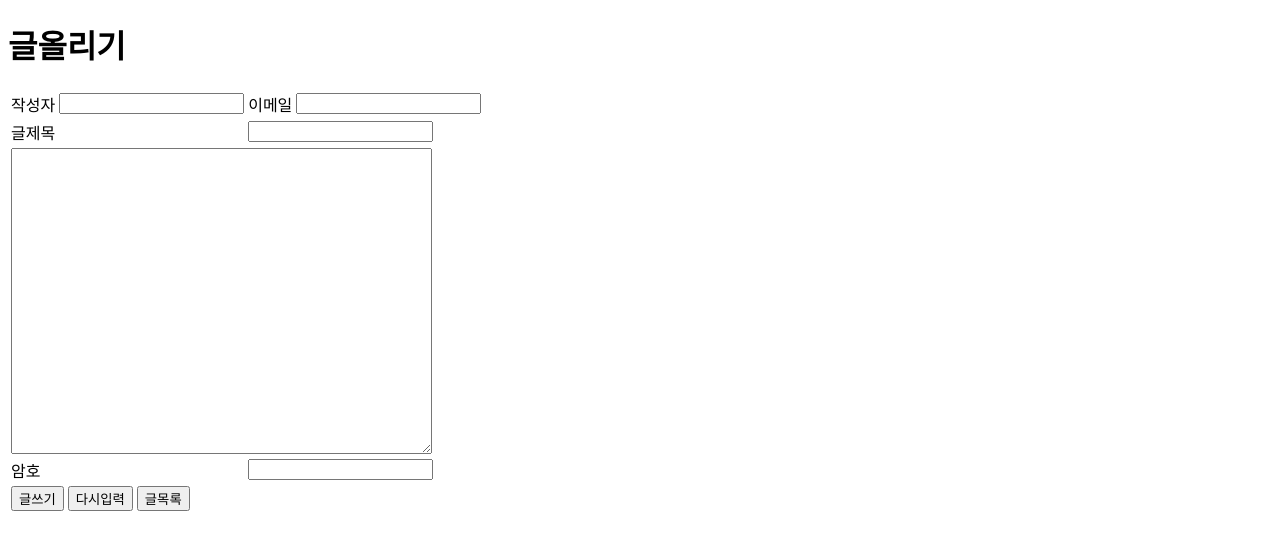
Repository: lch901/webStudy
Page: http://localhost/beanPro/board/write.jsp
These files come from the project's save history. The page is drawn as it stood at one moment and after the next save; the edit follows.
The browser window is 1280 px wide. The pictures show the whole page.
The page is served by Tomcat 9.

Above is the page before, as saved 2020-08-27 02:25:21.

After the next save:
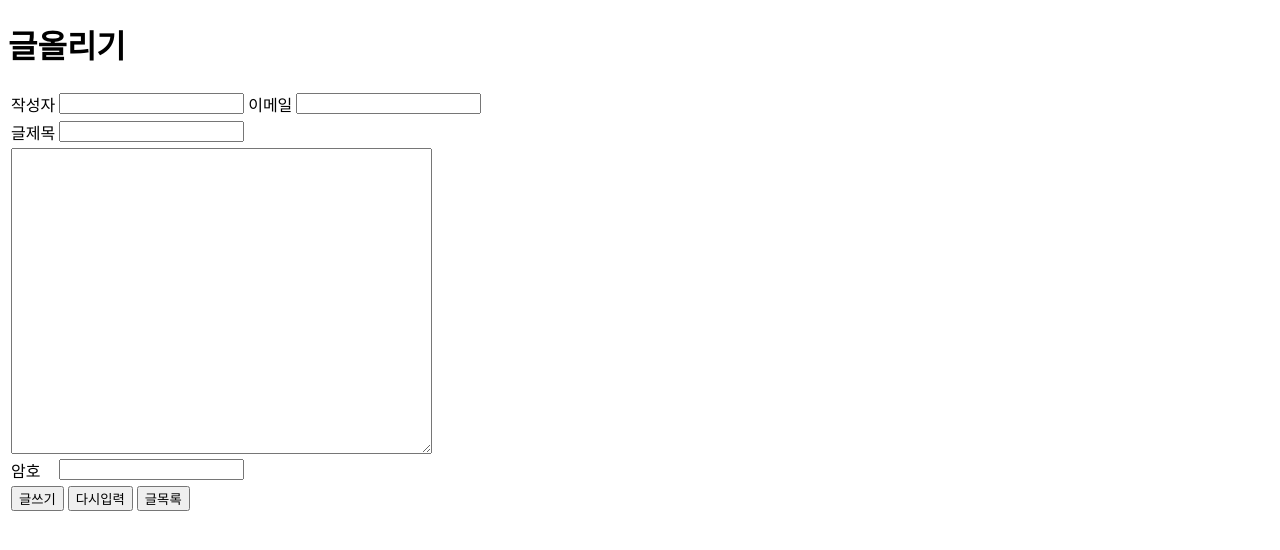
Saved 23 s later.
--- a/beanPro/WebContent/board/write.jsp
+++ b/beanPro/WebContent/board/write.jsp
@@ -18,7 +18,7 @@
 				<td><input type="email" name="b_email"></td>
 			</tr>
 			<tr>
-				<td colspan="2">글제목</td>
+				<td>글제목</td>
 				<td colspan="2"><input type="text" name="b_title"></td>
 			</tr>
 			<tr>
@@ -27,7 +27,7 @@
 				</td>
 			</tr>
 			<tr>
-				<td colspan="2">암호</td>
+				<td>암호</td>
 				<td colspan="2"><input type="text" name="b_pwd"></td>
 			</tr>
 			<tr>
